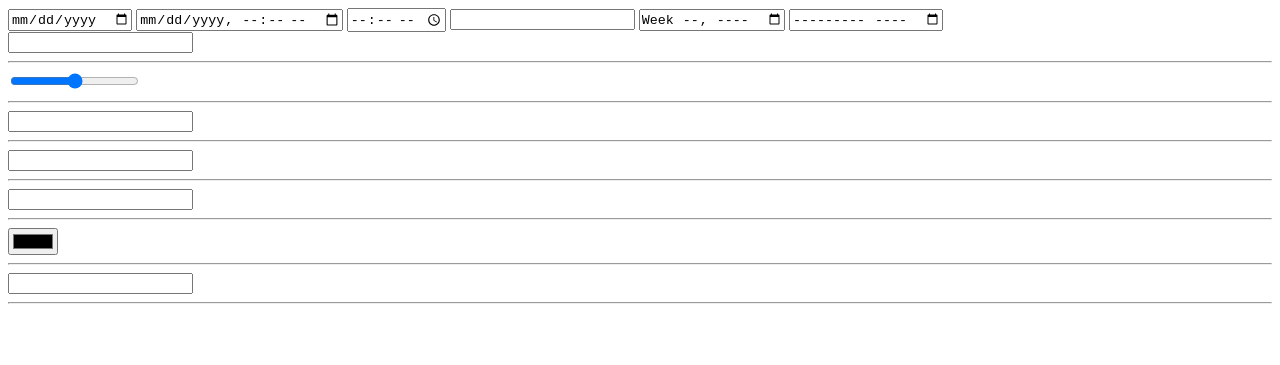
Repository: WKYQAQ/LX
Page: day03_form2.html
These files come from the project's save history. The page is drawn as it stood at one moment and after the next save; the edit follows.
The browser window is 1280 px wide. The pictures show the whole page.

Above is the page before, as saved 2020-07-23 10:10:17.

### day03_form2.html
<!DOCTYPE html>
<html lang="en">
<head>
    <meta charset="UTF-8">
    <meta name="viewport" content="width=device-width, initial-scale=1.0">
    <title>Document</title>
</head>
<body>
    <!--日期控件-->
    <input type="date"/>
    <input type="datetime-local"/>
    <input type="time"/>
    <input type="datetime"/>
    <input type="week"/>
    <input type="month"/>
    <!--其他控件-->
    <form action="a1.php">
        <input type="number"/><hr />
        <input type="range"/><hr />
        <input type="search"/><hr />
        <input type="tel"/><hr />
        <input type="url"/><hr />
        <input type="color"/><hr />
        <input type="email"/><hr />
    </form>
</body>
</html>

After the next save:
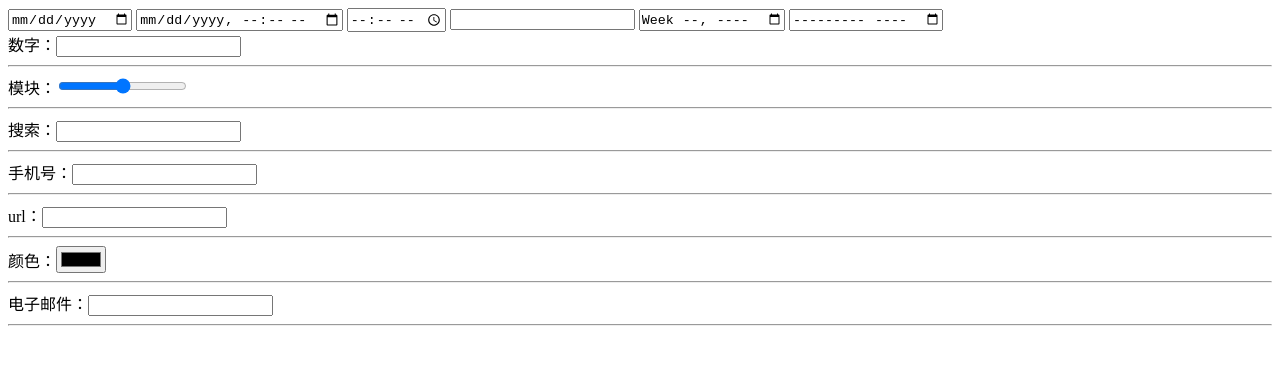
Saved 60 s later.
--- a/day03_form2.html
+++ b/day03_form2.html
@@ -15,13 +15,13 @@
     <input type="month"/>
     <!--其他控件-->
     <form action="a1.php">
-        <input type="number"/><hr />
-        <input type="range"/><hr />
-        <input type="search"/><hr />
-        <input type="tel"/><hr />
-        <input type="url"/><hr />
-        <input type="color"/><hr />
-        <input type="email"/><hr />
+        数字：<input type="number"/><hr />
+        模块：<input type="range"/><hr />
+        搜索：<input type="search"/><hr />
+        手机号：<input type="tel"/><hr />
+        url：<input type="url"/><hr />
+        颜色：<input type="color"/><hr />
+        电子邮件：<input type="email"/><hr />
     </form>
 </body>
 </html>
